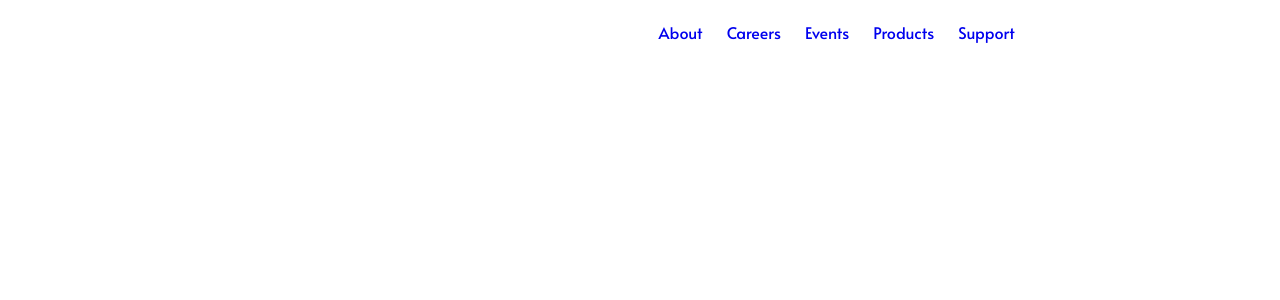
Repository: gligor99/loopstudios-fm
Page: /
The author's editor kept a copy of each file at every save. The page is drawn from the files as they stood at one save, then again after the next save.
The browser window is 1280 px wide. The pictures show the whole page.
The project was rebuilt for these pictures with package versions that can differ from the ones it lists, and the page was loaded fresh each time.

Above is the page before, as saved 2021-11-28 14:54:35.

### src/index.css
@import url('https://fonts.googleapis.com/css2?family=Alata&family=Josefin+Sans:wght@300&display=swap');

:root {
  --clr-white: hsl(0, 0%, 100%);
  --clr-black: hsl(0, 0%, 0%);
  --clr-dark-gray: hsl(0, 0%, 55%);
  --clr-very-dark-gray: hsl(0, 0%, 41%)
}

*,
::after,
::before {
  margin: 0;
  padding: 0;
  box-sizing: border-box;
}

body {
  font-family: "Alata", sans-serif;
  background: var(--clr-light-grayish-cyan);
  color: var(--clr-grey-1);
  line-height: 1.5;
  font-size: 1rem;
}

### src/App.jsx
import Navbar from "./components/Navbar/Navbar";

function App() {
  return (
    <div className="App">
      <Navbar />
    </div>
  );
}

export default App;

### src/components/Navbar/Navbar.jsx
import logo from "../../assets/logo.svg";
import "./navbar.css";

const Navbar = () => {
  return (
    <div className="wrapper">
      <img src={logo} alt="logo.svg" />
      <ul>
        <li>
          <a href="/about">About</a>
        </li>
        <li>
          <a href="/careers">Careers</a>
        </li>
        <li>
          <a href="/events">Events</a>
        </li>
        <li>
          <a href="/products">Products</a>
        </li>
        <li>
          <a href="/support">Support</a>
        </li>
      </ul>
    </div>
  );
};

export default Navbar;

### src/components/Navbar/navbar.css
.wrapper {
  display: flex;
  flex-direction: row;
  justify-content: space-evenly;
  align-items: center;
  margin: auto;
  padding: 1rem;
  background-color: transparent;
}
img {
  height: 30%;
}
ul {
  display: flex;
  flex-wrap: nowrap;
  justify-content: space-evenly;
}
li {
  list-style-type: none;
  padding-right: 1.5rem;
}
a {
  position: relative;
  display: inline-block;
  text-decoration: none;
}
a:after {
  content: "";
  position: absolute;
  left: 0;
  top: 100%;
  width: 0;
  height: 2px;
  background-color: black;
  transition: width 0.2s ease-in-out;
}
a:hover:after {
  width: 100%;
}

Loaded but not shown: public/index.html (common file); src/index.jsx (common file)

After the next save:
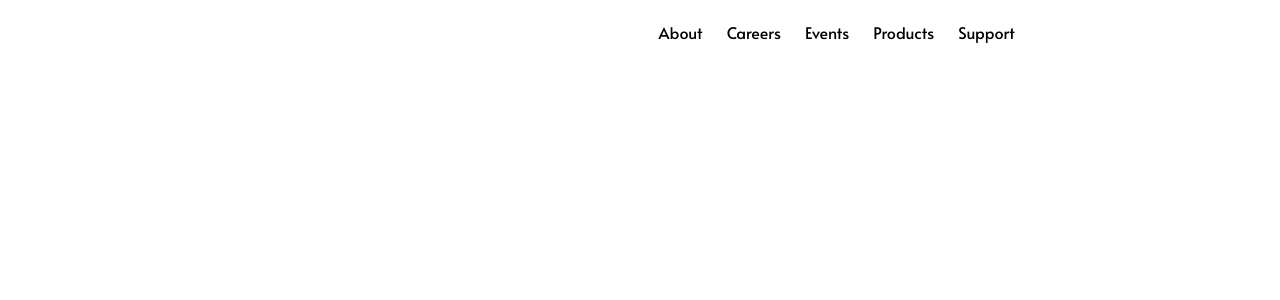
Saved 11 s later.
--- a/src/components/Navbar/navbar.css
+++ b/src/components/Navbar/navbar.css
@@ -23,6 +23,7 @@ a {
   position: relative;
   display: inline-block;
   text-decoration: none;
+  color: var(--clr-black);
 }
 a:after {
   content: "";
